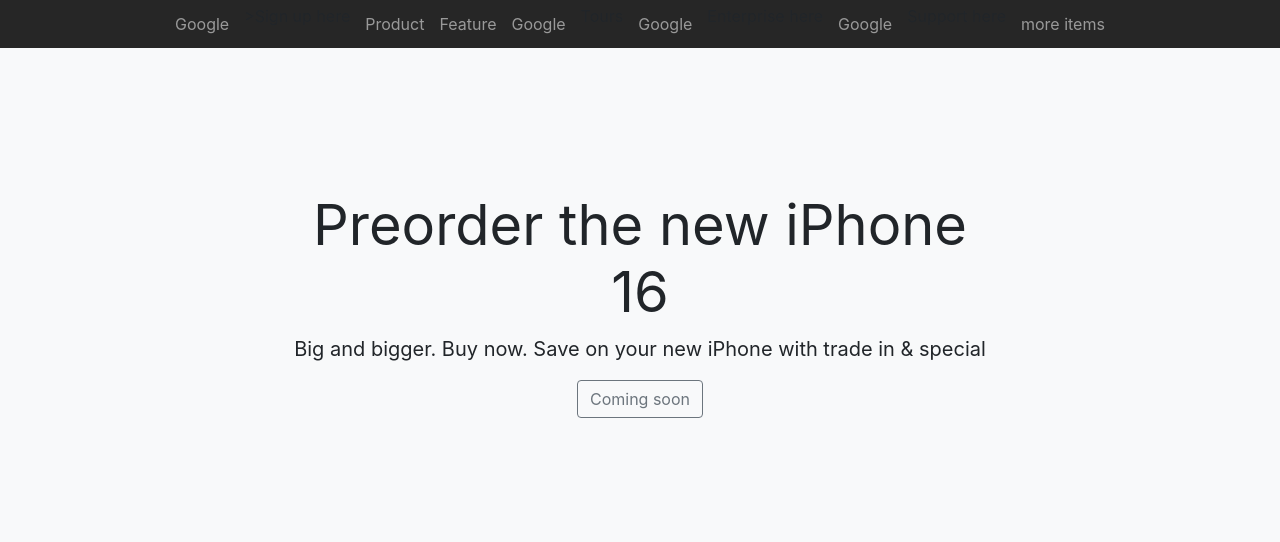
Repository: easonxu2333/YimingXuWebsite
Page: LearnCS8-Twilio/index.html
The author's editor kept a record of every edit. The page is drawn from the files as they stood at one moment, then again after the next edit.
The browser window is 1280 px wide. The pictures show the part of the page from y = 0 to 542 px (the page is 1147 px tall).
A picture or video elsewhere on the page could not be fetched, so the positions and the page height are approximate.

Above is the page before.

### LearnCS8-Twilio/index.html
<!doctype html>
<html lang="en">
  <head>
    <!-- Required meta tags -->
    <meta charset="utf-8">
    <meta name="viewport" content="width=device-width, initial-scale=1, shrink-to-fit=no">
    <meta name="description" content="new iphone 16">
    <meta name="author" content="yxu286">

    <!-- Bootstrap CSS -->
    <link rel="stylesheet" href="https://stackpath.bootstrapcdn.com/bootstrap/4.5.2/css/bootstrap.min.css" integrity="sha384-JcKb8q3iqJ61gNV9KGb8thSsNjpSL0n8PARn9HuZOnIxN0hoP+VmmDGMN5t9UJ0Z" crossorigin="anonymous">

    <!-- Title of your Website -->
    <title> Apple Iphone 16 </title>
    <link href="product.css" rel="stylesheet">
  </head>
  <body>
    <nav class="site-header sticky-top py-1">
    <!-- Top Menu Bar -->
    <div class="container d-flex flex-column flex-md-row justify-content-between">

         <a class="py-2 d-none d-md-inline-block" id="menu-item-1" href="https://google.com" target="iphone sgn up">Google</a>>Sign up here</a>
        <a class="py-2 d-none d-md-inline-block" id="menu-item-2" href="https://google.com" target="iphone product">Product</a>
        <a class="py-2 d-none d-md-inline-block" id="menu-item-4" href="https://google.com" target="iphone feature">Feature</a>
        <a class="py-2 d-none d-md-inline-block" id="menu-item-3" href="https://google.com" target="iphone tour">Google</a>Tours</a>
        <a class="py-2 d-none d-md-inline-block" id="menu-item-5" href="https://google.com" target="iphone enterprise">Google</a>Enterprise here</a>
        <a class="py-2 d-none d-md-inline-block" id="menu-item-6" href="https://google.com" target="iphone support">Google</a>Support here</a>

        <a class="py-2 d-none d-md-inline-block" id="menu-item-7" href="#">more items</a>
    </div>
</nav>
<!-- Main Header Section h1-->
<div class="position-relative overflow-hidden p-3 p-md-5 m-md-0 text-center bg-light">
    <div class="col-md-8 p-lg-5 mx-auto my-5">
        <h1 class="display-4 font-weight-normal">Preorder the new iPhone 16</h1>
        <p class="lead font-weight-normal"> Big and bigger. Buy now. Save on your new iPhone with trade in & special</p>
        <a class="btn btn-outline-secondary" href="#">Coming soon</a>
    </div>
</div>
<!-- Left Tile -->
<div class="d-md-flex flex-md-equal w-100">
    <div class="bg-dark pt-3 px-3 pt-md-5 px-md-5 text-center text-white overflow-hidden">
        <div class="my-3 py-3">
            <h2 class="display-5">Sign up</h2>
            <p class="lead">Sign up now to get instant access to our educational content</p>
        </div>
        <!-- Web form when submitted will send a text message -->
        <form class="p-2" onsubmit="sendTextMessage(); return false;">
            <!-- Full Name Form Field -->
            <div class="form-group">
                <label for="example-first-name">Full Name</label>
                <input type="text" value="Full Name" class="form-control" id="example-first-name" aria-describedby="emailHelp">
            </div>
            <!-- Phone Number Form Field -->
            <div class="form-group">
                <label for="example-tel-input">Phone number</label>
                <input type="tel" class="form-control" value="1408555555" id="example-tel-input">
            </div>
            <!-- JavaScript that handles onSubmit logic -->
            <!-- Configure the XHR request below with your own credentials -->
            <script>
            function sendTextMessage() {
                console.log("Hello world!");
                var xhr = new XMLHttpRequest();
                var accountSID = "ACeb3c9944f04353fc37d5d6d77666aba0";
                var authToken = "1e9356301dc24455b6ad8034975e908e";
                var base64encoded = accountSID + ":" + authToken;
                var params = "To=" + document.getElementById('example-tel-input').value + "&From=" + "18777143639" + "&Body=" + "Hello " + document.getElementById('example-first-name').value + " nice job on sending your first SMS with APIs."
                xhr.open("POST", "https://api.twilio.com/2010-04-01/Accounts/" + accountSID + "/Messages.json", true);
                xhr.setRequestHeader('Content-Type', 'application/x-www-form-urlencoded');
                xhr.setRequestHeader('Authorization', 'Basic ' + btoa(base64encoded));
                xhr.send(params);
            }
            </script>
            <!-- Submit button that will execute the sendTextMessage function -->
            <button type="submit" class="btn btn-primary">Submit</button>
        </form>
    </div>
    <!-- Right Tile -->
    <div class="bg-light pt-3 px-3 pt-md-5 px-md-5 text-center overflow-hidden">
        <div class="my-3 p-3">
            <h2 class="display-5"> Buy it now </h2>
            <p class="lead"> Iphone 16. iOS 20. 6 colors. 6G. All-day battery life. Ceramic Shield </p>
            <img class="mx-auto" src="https://i.ytimg.com/vi/ri1xbDEbo5U/maxresdefault.jpg" height="250px">
        </div>
        <div class="mx-auto" style="width: 80%; height: 100px; border-radius: 21px 21px 0 0;"></div>
    </div>
</div>

  </body>
</html>

### LearnCS8-Twilio/product.css
.container {
  max-width: 960px;
}

/*
 * Custom translucent site header
 */

.site-header {
  background-color: rgba(0, 0, 0, .85);
  -webkit-backdrop-filter: saturate(180%) blur(20px);
  backdrop-filter: saturate(180%) blur(20px);
}
.site-header a {
  color: #999;
  transition: ease-in-out color .15s;
}
.site-header a:hover {
  color: #fff;
  text-decoration: none;
}

/*
 * Dummy devices (replace them with your own or something else entirely!)
 */

.product-device {
  position: absolute;
  right: 10%;
  bottom: -30%;
  width: 300px;
  height: 540px;
  background-color: #333;
  border-radius: 21px;
  -webkit-transform: rotate(30deg);
  transform: rotate(30deg);
}

.product-device::before {
  position: absolute;
  top: 10%;
  right: 10px;
  bottom: 10%;
  left: 10px;
  content: "";
  background-color: rgba(255, 255, 255, .1);
  border-radius: 5px;
}

.product-device-2 {
  top: -25%;
  right: auto;
  bottom: 0;
  left: 5%;
  background-color: #e5e5e5;
}


/*
 * Extra utilities
 */

.flex-equal > * {
  -ms-flex: 1;
  flex: 1;
}
@media (min-width: 768px) {
  .flex-md-equal > * {
    -ms-flex: 1;
    flex: 1;
  }
}

.overflow-hidden { overflow: hidden; }

After the next edit:
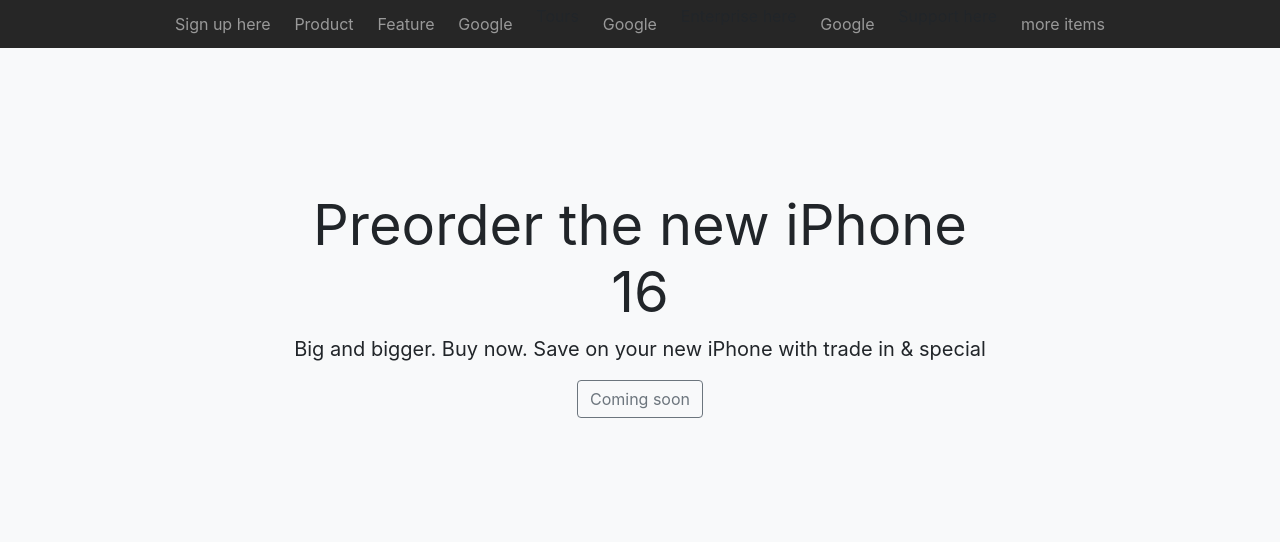
The edit:
--- a/LearnCS8-Twilio/index.html
+++ b/LearnCS8-Twilio/index.html
@@ -19,7 +19,7 @@
     <!-- Top Menu Bar -->
     <div class="container d-flex flex-column flex-md-row justify-content-between">
 
-         <a class="py-2 d-none d-md-inline-block" id="menu-item-1" href="https://google.com" target="iphone sgn up">Google</a>>Sign up here</a>
+         <a class="py-2 d-none d-md-inline-block" id="menu-item-1" href="https://google.com" target="iphone sgn up">Sign up here</a>
         <a class="py-2 d-none d-md-inline-block" id="menu-item-2" href="https://google.com" target="iphone product">Product</a>
         <a class="py-2 d-none d-md-inline-block" id="menu-item-4" href="https://google.com" target="iphone feature">Feature</a>
         <a class="py-2 d-none d-md-inline-block" id="menu-item-3" href="https://google.com" target="iphone tour">Google</a>Tours</a>
